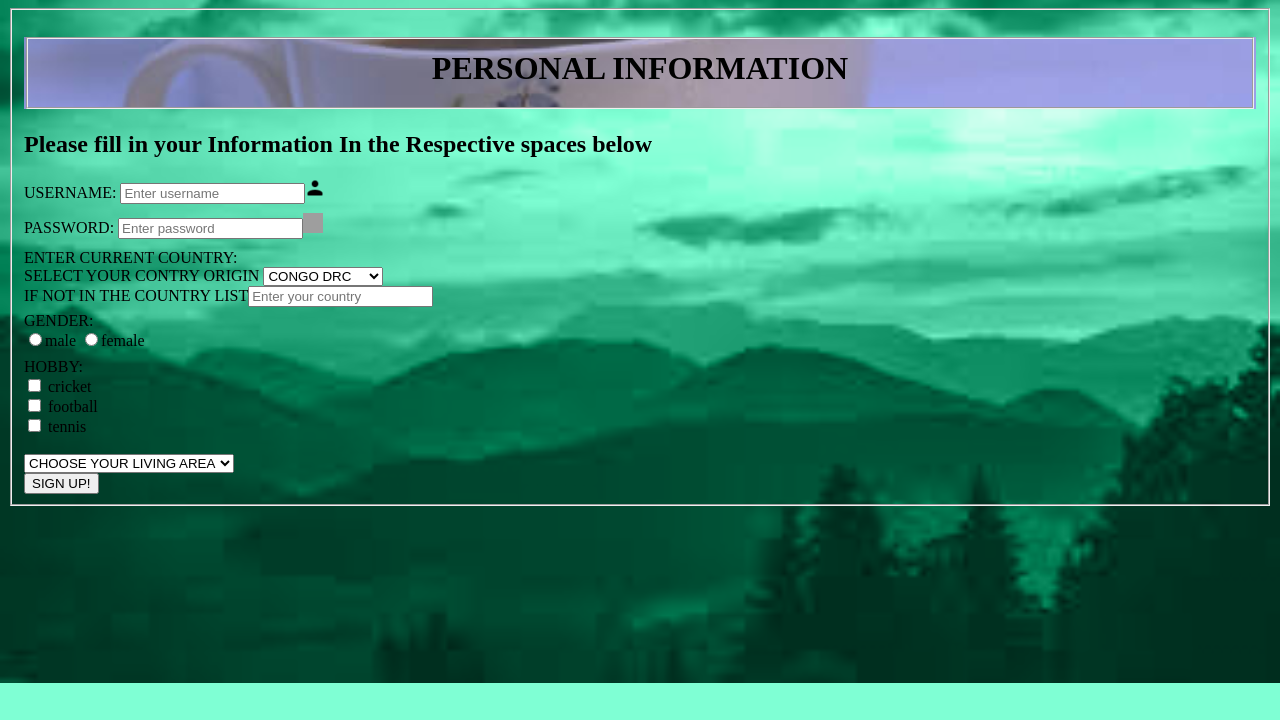
Repository: mirambialex/myform
Page: website/INDEX.HTML
These files come from the project's save history. The page is drawn as it stood at one moment and after a run of saves; the edit follows.
The browser window is 1280 px wide. The pictures show the whole page.
Pictures or frames that could not be fetched are drawn as grey boxes.

Above is the page before, as saved 2024-04-16 11:54:44.

### website/INDEX.HTML
<!DOCTYPE html>
<html lang="en">
<head>

    <title>WEBPAGE DESIGN</title>
    <LINK REL="STYLESHEET" HREF="STYLE.CSS">
</head>
<body>
    <FIEldset>
            <DIV class="AI">
                <h1><FIEldset>PERSONAL INFORMATION </FIEldset></h1>
</DIV>
<DIV CLASS="BI"> <H2>
    Please fill in your Information In the Respective spaces below
</H2>
</DIV>
<div class="gb">
 <DIV class="MAIN">USERNAME: <INPUT TYPE="TEXT" placeholder="Enter username"><img width="20" height="20" src="user.jpg"<br/>

 </DIV>
 <DIV class="A"> PASSWORD: <INPUT TYPE="PASSWORD" placeholder="Enter password"><img width="20" height="20" src="https://img.icons8.com/ios-filled/50/lock.png" alt="lock"/> <br/></DIV>
    <DIV class="AB">
        ENTER CURRENT COUNTRY:
    </DIV>
    <DIV CLASS="B">
        SELECT YOUR CONTRY ORIGIN <SELect>
            <OPTIon>CONGO DRC</OPTIon>
            <OPTIon>KENYA</OPTIon>
            <OPTIon>SUDAN</OPTIon>
            <OPTIon>SOUTH SUDAN</OPTIon>
            <OPTIon>RWANDA</OPTIon>
            <OPTIon>BURUNDI</OPTIon>
            <OPTIon>UGANDA</OPTIon>
            <OPTIon>TANZANIA</OPTIon>
            <OPTIon>SOMALIA</OPTIon>

        </SELect> <br/>
    </DIV>
    <div class="wcb">
    IF NOT IN THE COUNTRY LIST<INPUt type="TEXT" placeholder="Enter your country"</INPUt>
    </div>
<div class="d">
<LAbe for="GENDER">GENDER: </LAbel><BR/>
<INPUT type="radio" ID="GENDER" name="GENDER" VALUE="male"/>male
<INPUT type="radio" ID="GENDER" name="GENDER" VALUE="female"/>female <br/>
</div>
<div class="e">
HOBBY:<br>
<input type="checkbox" id="cricket" name="cricket" value="cricket"/>
<label for="cricket">cricket</label> <br>
<input type="checkbox" id="football" name="football" value="football"/>
<label for="football">football</label> <br>
<input type="checkbox" id="tennis" name="tennis" value="tennis"/>
<label for="tennis">tennis</label> <br>
<br/> </div>
<div class="address">
    <select name="address">
        <option value="one">CHOOSE YOUR LIVING AREA</option>
        <option>kakuma town</option>
        <option>kakuma 1</option>
        <option>kakuma 2</option>
        <option>kakuma 3</option>
        <option>kakuma 4</option>
        <option>kalobeyeyi</option>
    </select>
</div>
<DIV class="C"><BUTTon>SIGN UP!</BUTTon></DIV>
</FIEldset>
</div>
</div>
</DIV>
 </body>
</html>

### website/STYLE.CSS
BODY{
    background-image: url(IMAGE.JPG);
    background-color: aquamarine;
    background-position: center;
    background-size: cover;
    background-repeat: no-repeat;
    background-blend-mode: luminosity;
}
H1{
    text-align: center;
}
.O{
    background-color: aliceblue;
    background-image: url(ALEX.PNG.JPG);
}
.MAIN{
    margin-bottom: 0.8%;
    background-color:
}
.A{
    margin-bottom: 0.8%;
}
.c{
    margin-bottom: 1.5%;
    color: blueviolet;
    text-decoration: aqua;
}
.d{
    margin-top: 0.4%;

}
.e{
    margin-top: 0.6%;
}
.AI{
    background-image: url(ALEX.JPG);
    background-repeat: no-repeat;
    background-position: center;
    background-size: cover;
}
.gb{
    display: block;

}
: :-ms-input-placeholder{
    color:red;
}
.address{

}

After the next 6 saves:
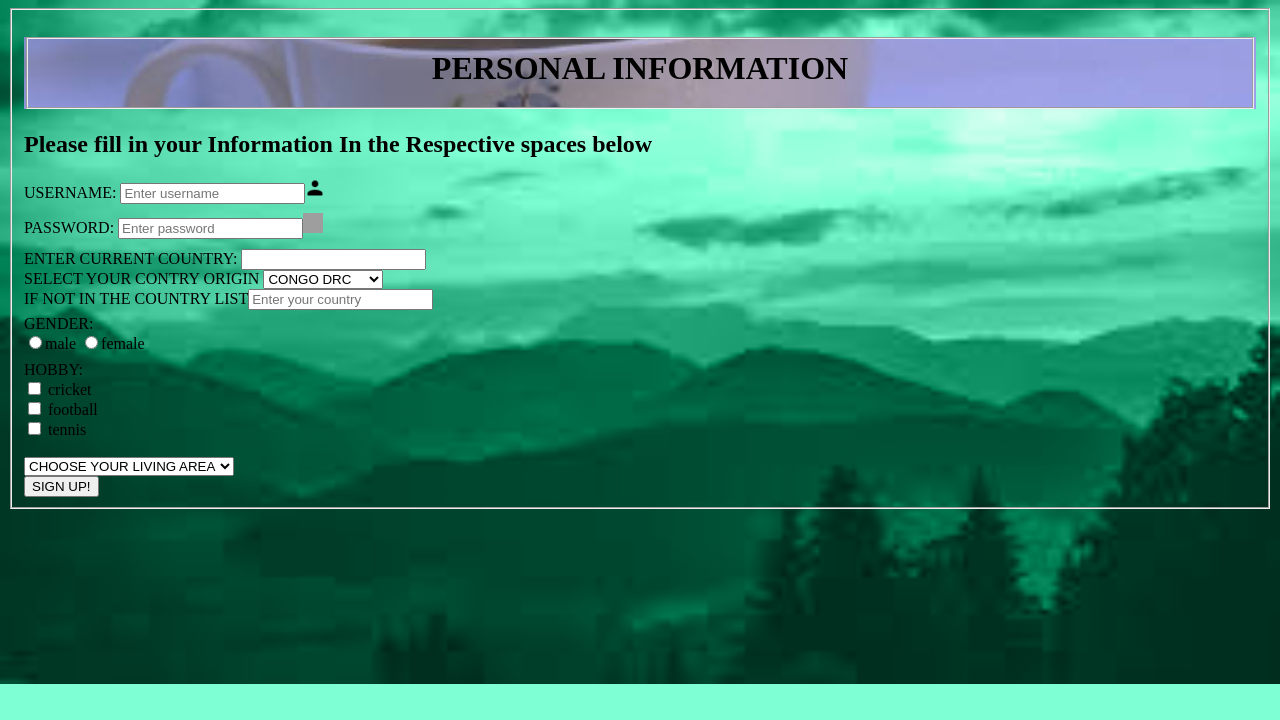
The 6 saves are shown as one change because they came seconds apart.
The last was saved 14 s later.
--- a/website/INDEX.HTML
+++ b/website/INDEX.HTML
@@ -20,7 +20,7 @@
  </DIV>
  <DIV class="A"> PASSWORD: <INPUT TYPE="PASSWORD" placeholder="Enter password"><img width="20" height="20" src="https://img.icons8.com/ios-filled/50/lock.png" alt="lock"/> <br/></DIV>
     <DIV class="AB">
-        ENTER CURRENT COUNTRY:
+        ENTER CURRENT COUNTRY: <INPUT type=""</INPUT>
     </DIV>
     <DIV CLASS="B">
         SELECT YOUR CONTRY ORIGIN <SELect>
